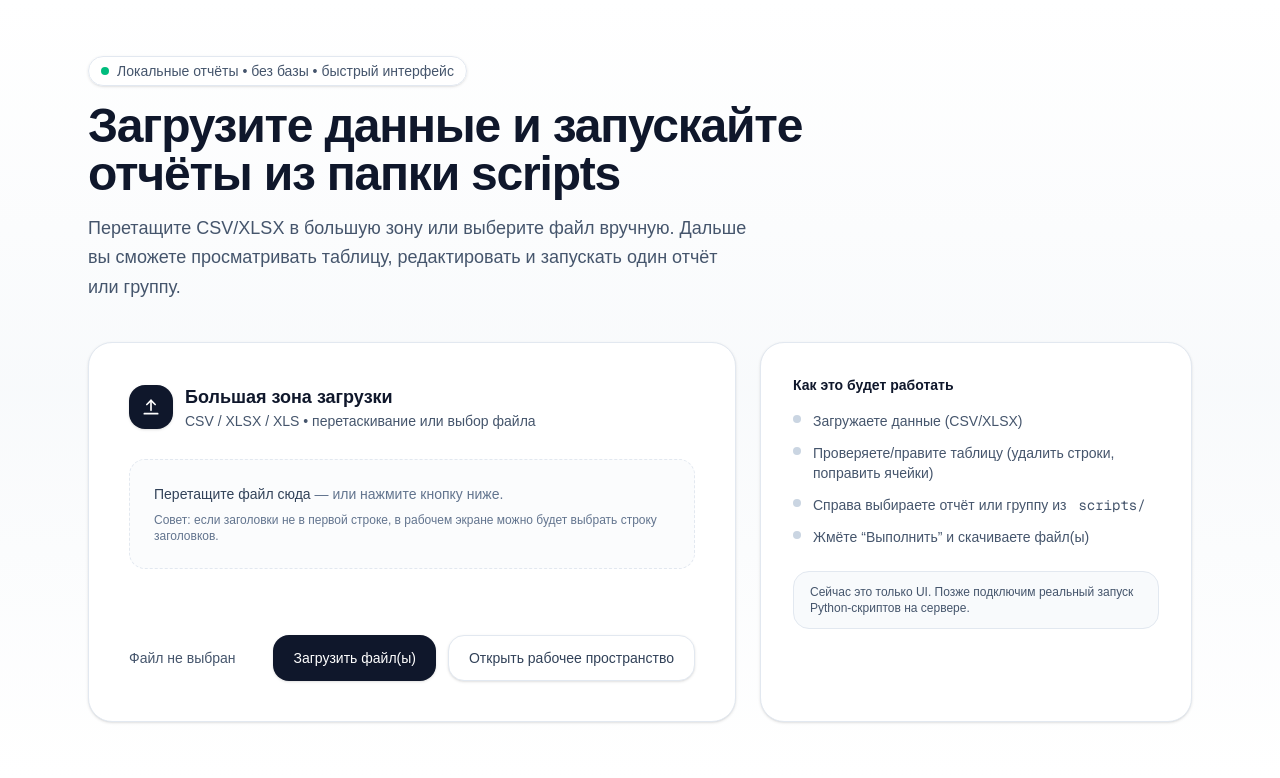
Repository: vladzap2423/report_studio_v2
Page: /
These files come from the project's save history. The page is drawn as it stood at one moment and after the next save; the edit follows.
The browser window is 1280 px wide. The pictures show the whole page.
The project was rebuilt for these pictures with package versions that can differ from the ones it lists, and the page was loaded fresh each time. The framework's server and built-in components were replaced by stand-ins that run in the browser. Also part of the build but not shown: next.config.ts.

Above is the page before, as saved 2026-02-11 14:47:58.

### src/app/page.tsx
"use client";

import { useCallback, useMemo, useRef, useState } from "react";
import { useRouter } from "next/navigation";

type PickedFile = {
  name: string;
  size: number;
  type: string;
};

function formatBytes(n: number) {
  if (!Number.isFinite(n)) return "";
  const units = ["B", "KB", "MB", "GB"];
  let v = n;
  let i = 0;
  while (v >= 1024 && i < units.length - 1) {
    v /= 1024;
    i++;
  }
  return `${v.toFixed(i === 0 ? 0 : 1)} ${units[i]}`;
}

export default function HomePage() {
  const router = useRouter();
  const inputRef = useRef<HTMLInputElement | null>(null);

  const [isDragging, setIsDragging] = useState(false);
  const [files, setFiles] = useState<File[]>([]);
  const [error, setError] = useState<string | null>(null);

  const accept = useMemo(
    () =>
      [
        ".csv",
        ".xlsx",
        ".xls",
      ].join(","),
    []
  );

  const persistAndGo = useCallback(
    (picked: File[]) => {
      // Временно: сохраняем только метаданные + сами файлы в памяти страницы.
      // Для реального чтения таблицы в /workspace мы будем парсить File там же.
      const meta: PickedFile[] = picked.map((f) => ({
        name: f.name,
        size: f.size,
        type: f.type,
      }));
      sessionStorage.setItem("pickedFilesMeta", JSON.stringify(meta));

      // Сохраняем сами File в глобальном объекте окна, чтобы не кодировать в base64.
      // Это ок для MVP “без базы”. После перезагрузки страницы пропадёт.
      (window as any).__PICKED_FILES__ = picked;

      router.push("/workspace");
    },
    [router]
  );

  const validateFiles = useCallback((picked: File[]) => {
    setError(null);
    if (!picked.length) return null;

    // Примитивная проверка расширения
    const bad = picked.find((f) => {
      const n = f.name.toLowerCase();
      return !(n.endsWith(".csv") || n.endsWith(".xlsx") || n.endsWith(".xls"));
    });
    if (bad) return `Файл "${bad.name}" не поддерживается. Разрешены CSV и Excel (XLSX/XLS).`;

    // Лимит, чтобы не уложить вкладку
    const total = picked.reduce((s, f) => s + f.size, 0);
    const maxTotal = 200 * 1024 * 1024; // 200MB
    if (total > maxTotal) return `Слишком большой объём (${formatBytes(total)}). Максимум ${formatBytes(maxTotal)}.`;

    return null;
  }, []);

  const handlePicked = useCallback(
    (picked: File[]) => {
      const err = validateFiles(picked);
      if (err) {
        setError(err);
        setFiles([]);
        return;
      }
      setFiles(picked);
      persistAndGo(picked);
    },
    [persistAndGo, validateFiles]
  );

  const onDrop = useCallback(
    (e: React.DragEvent) => {
      e.preventDefault();
      e.stopPropagation();
      setIsDragging(false);

      const picked = Array.from(e.dataTransfer.files || []);
      if (!picked.length) return;
      handlePicked(picked);
    },
    [handlePicked]
  );

  const onPickClick = useCallback(() => {
    inputRef.current?.click();
  }, []);

  return (
    <main className="min-h-screen bg-gradient-to-b from-white via-slate-50 to-white">
      <div className="mx-auto max-w-6xl px-6 py-14">
        <header className="flex flex-col gap-4">
          <div className="inline-flex w-fit items-center gap-2 rounded-full border border-slate-200 bg-white/70 px-3 py-1 text-sm text-slate-600 shadow-sm backdrop-blur">
            <span className="h-2 w-2 rounded-full bg-emerald-500" />
            Локальные отчёты • без базы • быстрый интерфейс
          </div>

          <h1 className="text-balance text-4xl font-semibold tracking-tight text-slate-900 sm:text-5xl">
            Загрузите данные и запускайте отчёты из папки scripts
          </h1>

          <p className="max-w-2xl text-pretty text-base leading-relaxed text-slate-600 sm:text-lg">
            Перетащите CSV/XLSX в большую зону или выберите файл вручную. Дальше вы сможете
            просматривать таблицу, редактировать и запускать один отчёт или группу.
          </p>
        </header>

        <section className="mt-10 grid gap-6 lg:grid-cols-[1.2fr_.8fr]">
          {/* Dropzone */}
          <div
            onDragEnter={(e) => {
              e.preventDefault();
              e.stopPropagation();
              setIsDragging(true);
            }}
            onDragOver={(e) => {
              e.preventDefault();
              e.stopPropagation();
              setIsDragging(true);
            }}
            onDragLeave={(e) => {
              e.preventDefault();
              e.stopPropagation();
              setIsDragging(false);
            }}
            onDrop={onDrop}
            className={[
              "relative rounded-3xl border bg-white shadow-sm",
              "p-8 sm:p-10",
              "min-h-[320px] sm:min-h-[380px]",
              isDragging
                ? "border-emerald-300 ring-4 ring-emerald-100"
                : "border-slate-200 hover:border-slate-300",
            ].join(" ")}
          >
            <div className="flex h-full flex-col justify-between gap-8">
              <div className="flex flex-col gap-3">
                <div className="flex items-center gap-3">
                  <div className="grid h-11 w-11 place-items-center rounded-2xl bg-slate-900 text-white shadow-sm">
                    {/* простая “стрелка вверх” без зависимостей */}
                    <svg width="20" height="20" viewBox="0 0 24 24" fill="none">
                      <path
                        d="M12 16V4"
                        stroke="currentColor"
                        strokeWidth="2"
                        strokeLinecap="round"
                      />
                      <path
                        d="M7 9l5-5 5 5"
                        stroke="currentColor"
                        strokeWidth="2"
                        strokeLinecap="round"
                        strokeLinejoin="round"
                      />
                      <path
                        d="M4 20h16"
                        stroke="currentColor"
                        strokeWidth="2"
                        strokeLinecap="round"
                      />
                    </svg>
                  </div>
                  <div>
                    <div className="text-lg font-semibold text-slate-900">
                      Большая зона загрузки
                    </div>
                    <div className="text-sm text-slate-600">
                      CSV / XLSX / XLS • перетаскивание или выбор файла
                    </div>
                  </div>
                </div>

                <div className="mt-4 rounded-2xl border border-dashed border-slate-200 bg-slate-50/60 p-6">
                  <div className="text-sm text-slate-700">
                    Перетащите файл сюда
                    <span className="text-slate-500"> — или нажмите кнопку ниже.</span>
                  </div>
                  <div className="mt-2 text-xs text-slate-500">
                    Совет: если заголовки не в первой строке, в рабочем экране можно будет
                    выбрать строку заголовков.
                  </div>
                </div>

                {error && (
                  <div className="rounded-2xl border border-rose-200 bg-rose-50 px-4 py-3 text-sm text-rose-700">
                    {error}
                  </div>
                )}
              </div>

              <div className="flex flex-col gap-3 sm:flex-row sm:items-center sm:justify-between">
                <div className="text-sm text-slate-600">
                  {files.length ? (
                    <span>
                      Выбрано:{" "}
                      <span className="font-medium text-slate-900">
                        {files.map((f) => f.name).join(", ")}
                      </span>
                    </span>
                  ) : (
                    <span>Файл не выбран</span>
                  )}
                </div>

                <div className="flex gap-3">
                  <button
                    type="button"
                    onClick={onPickClick}
                    className="inline-flex items-center justify-center rounded-2xl bg-slate-900 px-5 py-3 text-sm font-medium text-white shadow-sm hover:bg-slate-800 active:bg-slate-900"
                  >
                    Загрузить файл(ы)
                  </button>

                  <button
                    type="button"
                    onClick={() => router.push("/workspace")}
                    className="inline-flex items-center justify-center rounded-2xl border border-slate-200 bg-white px-5 py-3 text-sm font-medium text-slate-700 shadow-sm hover:bg-slate-50"
                  >
                    Открыть рабочее пространство
                  </button>
                </div>

                <input
                  ref={inputRef}
                  type="file"
                  accept={accept}
                  multiple
                  className="hidden"
                  onChange={(e) => {
                    const picked = Array.from(e.target.files || []);
                    if (!picked.length) return;
                    handlePicked(picked);
                  }}
                />
              </div>
            </div>
          </div>

          {/* Right info card */}
          <aside className="rounded-3xl border border-slate-200 bg-white p-8 shadow-sm">
            <div className="text-sm font-semibold text-slate-900">Как это будет работать</div>
            <ul className="mt-4 space-y-3 text-sm text-slate-600">
              <li className="flex gap-3">
                <span className="mt-1 h-2 w-2 shrink-0 rounded-full bg-slate-300" />
                Загружаете данные (CSV/XLSX)
              </li>
              <li className="flex gap-3">
                <span className="mt-1 h-2 w-2 shrink-0 rounded-full bg-slate-300" />
                Проверяете/правите таблицу (удалить строки, поправить ячейки)
              </li>
              <li className="flex gap-3">
                <span className="mt-1 h-2 w-2 shrink-0 rounded-full bg-slate-300" />
                Справа выбираете отчёт или группу из <span className="font-mono">scripts/</span>
              </li>
              <li className="flex gap-3">
                <span className="mt-1 h-2 w-2 shrink-0 rounded-full bg-slate-300" />
                Жмёте “Выполнить” и скачиваете файл(ы)
              </li>
            </ul>

            <div className="mt-6 rounded-2xl border border-slate-200 bg-slate-50 px-4 py-3 text-xs text-slate-600">
              Сейчас это только UI. Позже подключим реальный запуск Python-скриптов на сервере.
            </div>
          </aside>
        </section>
      </div>
    </main>
  );
}

Loaded but not shown: src/app/layout.tsx (common file); src/app/globals.css (common file)

After the next save:
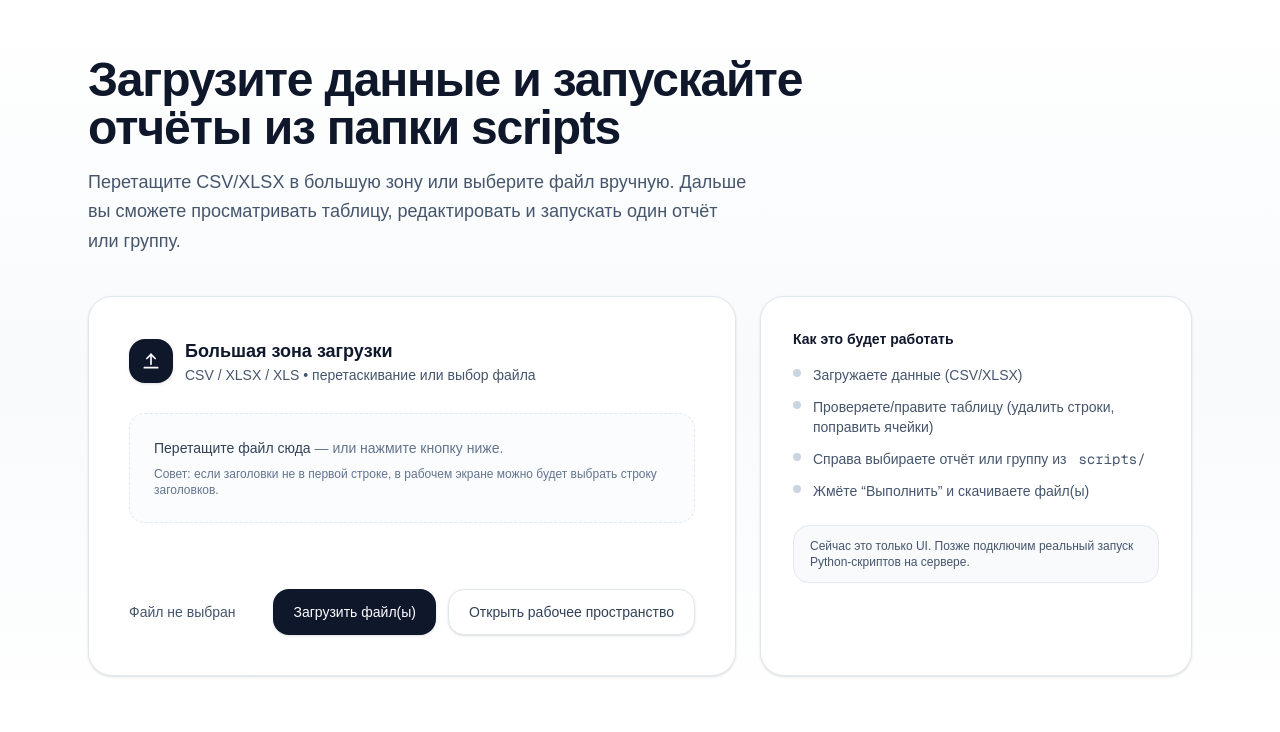
Saved 45 s later.
--- a/src/app/page.tsx
+++ b/src/app/page.tsx
@@ -113,11 +113,6 @@ export default function HomePage() {
     <main className="min-h-screen bg-gradient-to-b from-white via-slate-50 to-white">
       <div className="mx-auto max-w-6xl px-6 py-14">
         <header className="flex flex-col gap-4">
-          <div className="inline-flex w-fit items-center gap-2 rounded-full border border-slate-200 bg-white/70 px-3 py-1 text-sm text-slate-600 shadow-sm backdrop-blur">
-            <span className="h-2 w-2 rounded-full bg-emerald-500" />
-            Локальные отчёты • без базы • быстрый интерфейс
-          </div>
-
           <h1 className="text-balance text-4xl font-semibold tracking-tight text-slate-900 sm:text-5xl">
             Загрузите данные и запускайте отчёты из папки scripts
           </h1>
